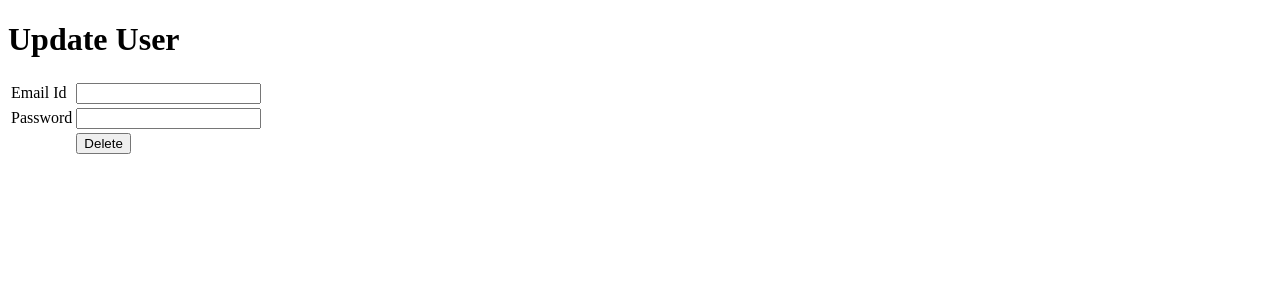
Repository: Pranathi99/ServletDemos
Page: UserWebApp/src/main/webapp/deleteuser.html
The author's editor kept a copy of each file at every save. The page is drawn from the files as they stood at one save, then again after the next save.
The browser window is 1280 px wide. The pictures show the whole page.

Above is the page before, as saved 2023-03-15 09:33:22.

### UserWebApp/src/main/webapp/deleteuser.html
<!DOCTYPE html>
<html>
<head>
<meta charset="UTF-8">
<title>Insert title here</title>
</head>
<body>
	<h1>Update User</h1>
	<form action="deleteUserServlet" method="post">
		<table>
			<tr>
				<td>Email Id</td>
				<td><input name="emailId" /></td>
			</tr>
			<tr>
				<td>Password</td>
				<td><input name="password" type="password" /></td>
			</tr>
			<tr>
				<td></td>
				<td><input type="submit" value="Delete" /></td>
			</tr>
		</table>
	</form>
</body>
</html>

After the next save:
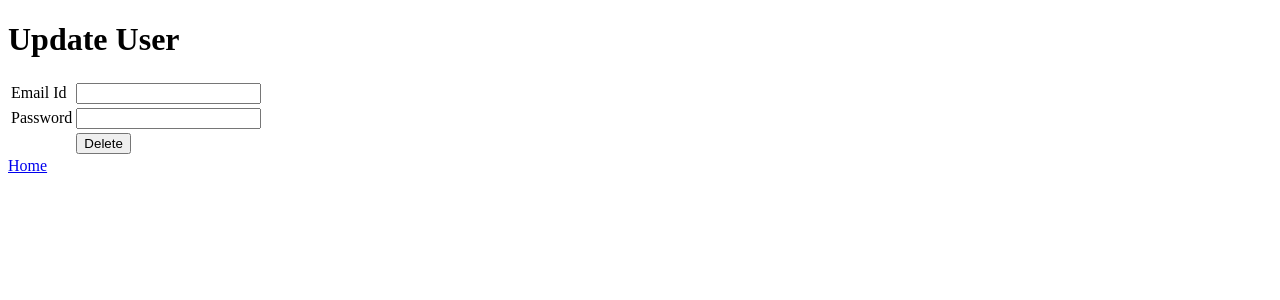
Saved 38 s later.
--- a/UserWebApp/src/main/webapp/deleteuser.html
+++ b/UserWebApp/src/main/webapp/deleteuser.html
@@ -22,5 +22,6 @@
 			</tr>
 		</table>
 	</form>
+	<a href="index.html">Home</a>
 </body>
 </html>
